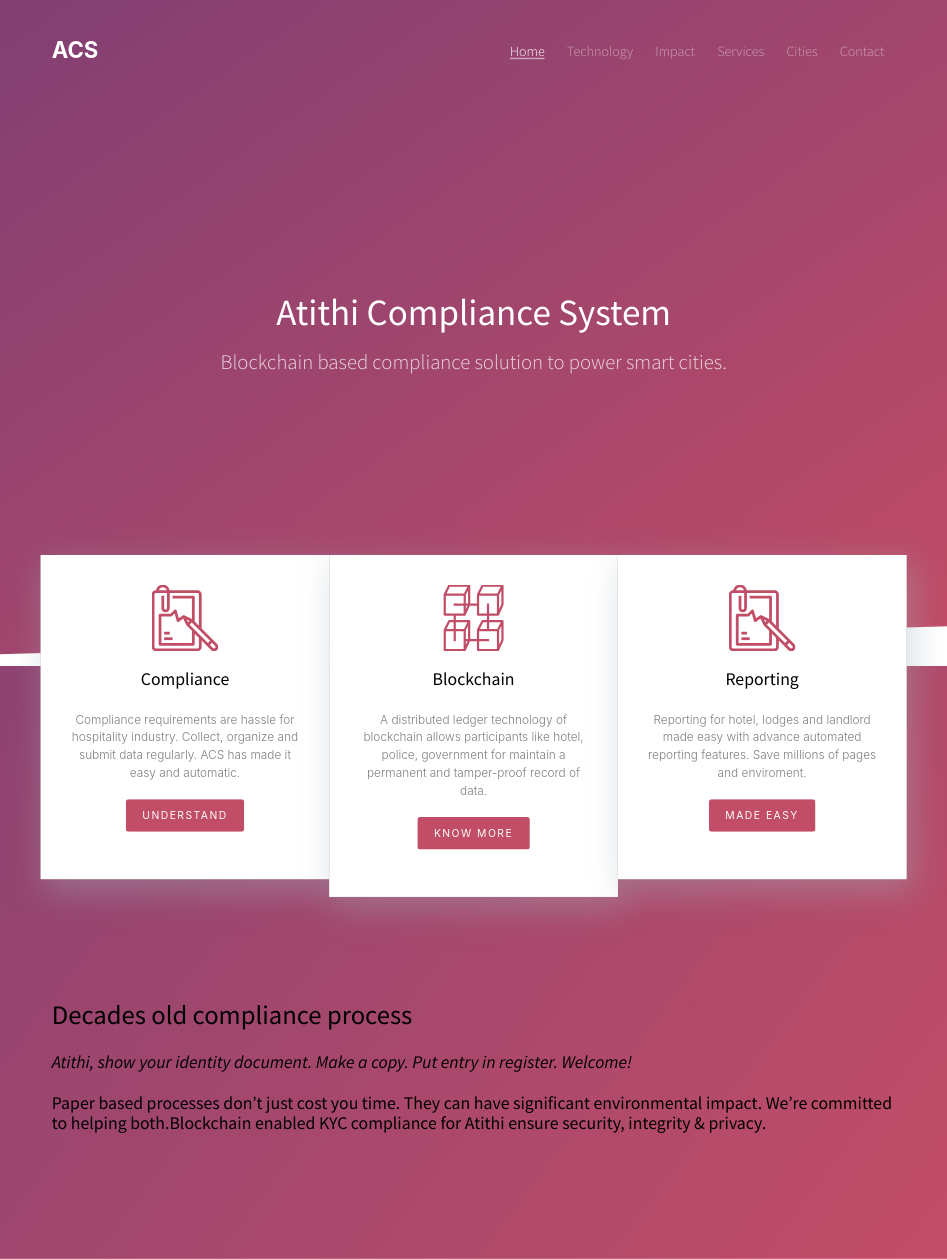
Repository: agarwalrahul-22/acs
Page: /
These files come from the project's save history. The page is drawn as it stood at one moment and after the next save; the edit follows.
The browser window is 1280 px wide. The pictures show the whole page, at 74% of full size.
The project was rebuilt for these pictures with package versions that can differ from the ones it lists, and the page was loaded fresh each time.

Above is the page before, as saved 2022-10-09 16:13:25.

After the next save:
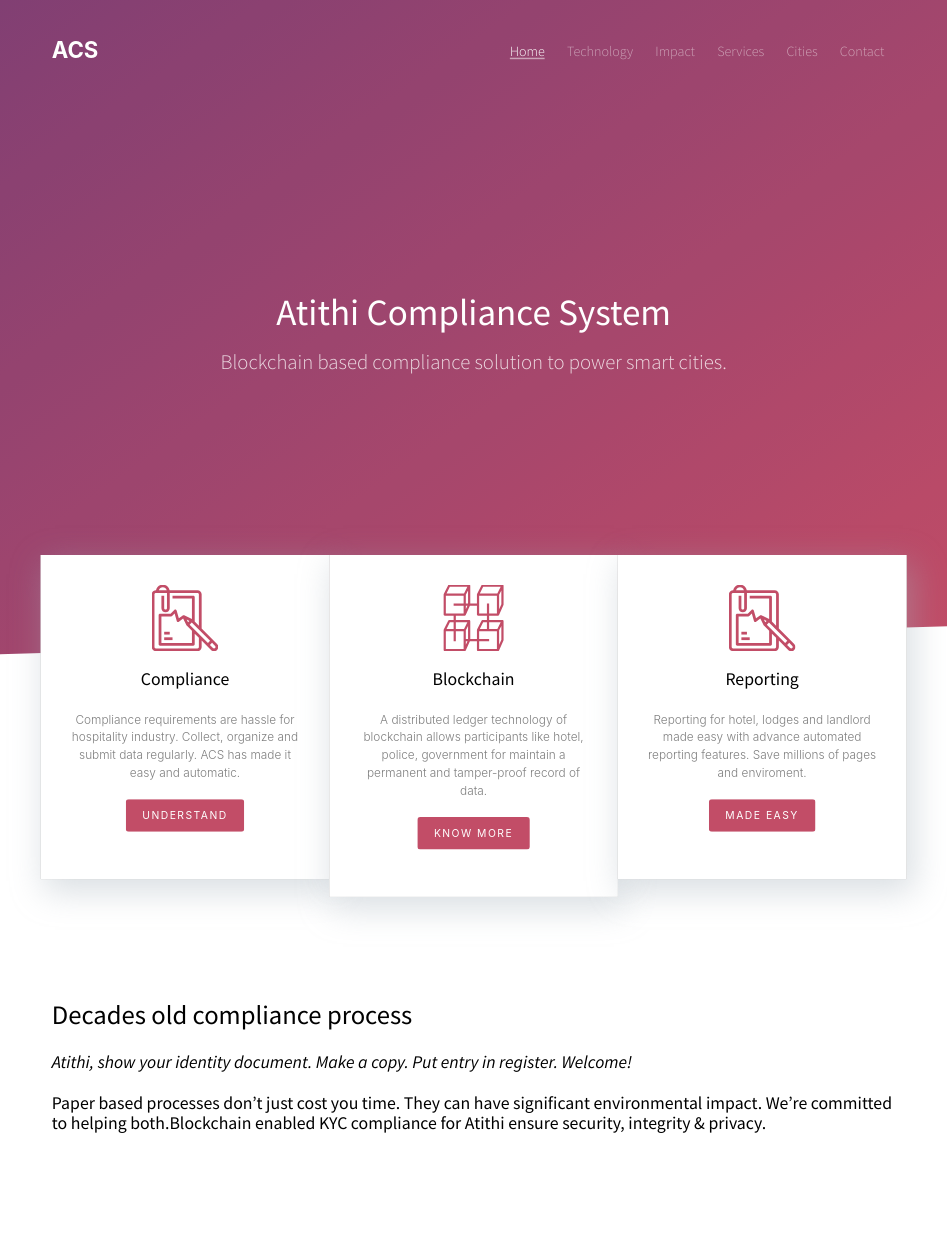
Saved 6 s later.
--- a/src/index.css
+++ b/src/index.css
@@ -4,11 +4,11 @@ body {
     'Ubuntu', 'Cantarell', 'Fira Sans', 'Droid Sans', 'Helvetica Neue',
     sans-serif;
   /* background-color: #c24d67; */
-  background-image: -webkit-gradient(linear, 0% 0%, 100% 100%, color-stop(0, #7b3f75), color-stop(1, #c24d67));
+  /* background-image: -webkit-gradient(linear, 0% 0%, 100% 100%, color-stop(0, #7b3f75), color-stop(1, #c24d67)); */
   /* Android 2.3 */
-  background-image: -webkit-repeating-linear-gradient(top left, #7b3f75 0%, #c24d67 100%);
+  /* background-image: -webkit-repeating-linear-gradient(top left, #7b3f75 0%, #c24d67 100%); */
   /* IE10+ */
-  background-image: repeating-linear-gradient(to bottom right, #7b3f75 0%, #c24d67 100%);
+  /* background-image: repeating-linear-gradient(to bottom right, #7b3f75 0%, #c24d67 100%); */
   background-image: -ms-repeating-linear-gradient(top left, #7b3f75 0%, #c24d67 100%);
   -webkit-font-smoothing: antialiased;
   -moz-osx-font-smoothing: grayscale;
